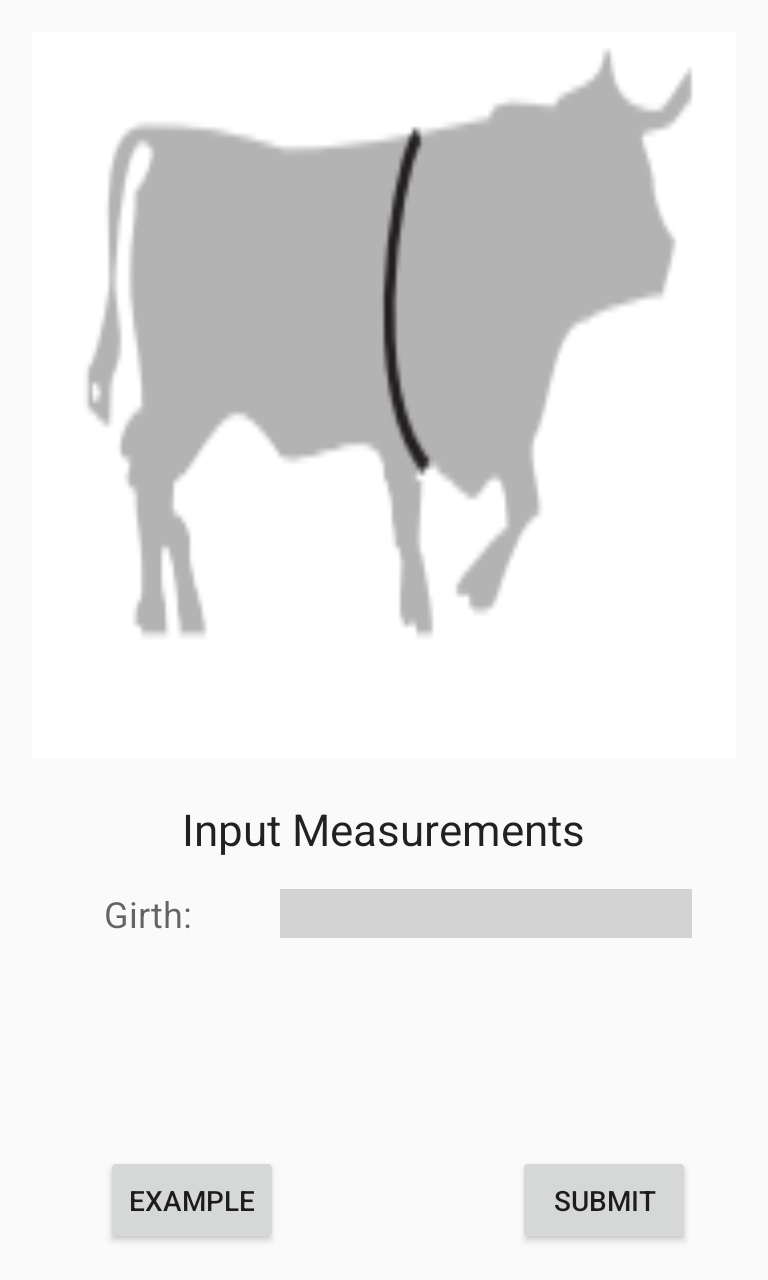
Repository: jdmielke/AnimalApp
Layout: AWEA/res/layout/activity_beefcow_measurement.xml
These files come from the project's save history. The layout is drawn as it stood at one moment and after the next save; the edit follows.
It is drawn on a 768 x 1280 px phone screen (xhdpi) without system bars, with theme AppTheme; the app's code is not run.

Above is the layout before, as saved 2014-11-12 19:42:24.

### AWEA/res/layout/activity_beefcow_measurement.xml
<?xml version="1.0" encoding="utf-8"?>
<RelativeLayout xmlns:android="http://schemas.android.com/apk/res/android"
    xmlns:tools="http://schemas.android.com/tools"
    android:layout_width="match_parent"
    android:layout_height="match_parent"
    android:clipChildren="false"
    android:clipToPadding="false"
    android:paddingBottom="@dimen/activity_vertical_margin"
    android:paddingLeft="@dimen/activity_horizontal_margin"
    android:paddingRight="@dimen/activity_horizontal_margin"
    android:paddingTop="@dimen/activity_vertical_margin"
    tools:context=".CowDairyMeasurementActivity" >

    <TextView
        android:id="@+id/textView1"
        android:layout_width="wrap_content"
        android:layout_height="wrap_content"
        android:layout_alignParentBottom="true"
        android:layout_centerHorizontal="true"
        android:layout_marginBottom="195dp"
        android:text="Input Measurements"
        android:textAppearance="?android:attr/textAppearanceLarge" />

    <TextView
        android:id="@+id/textView2"
        android:layout_width="wrap_content"
        android:layout_height="wrap_content"
        android:layout_alignParentLeft="true"
        android:layout_alignTop="@+id/textView1"
        android:layout_marginLeft="36dp"
        android:layout_marginTop="45dp"
        android:text="Girth:"
        android:textAppearance="?android:attr/textAppearanceMedium" />

    <Button
        android:id="@+id/button1"
        android:layout_width="wrap_content"
        android:layout_height="wrap_content"
        android:layout_alignParentBottom="true"
        android:layout_alignParentRight="true"
        android:layout_marginRight="22dp"
        android:text="Submit"
        android:onClick="goToMain"/>/>

    <Button
        android:id="@+id/goToMain"
        android:layout_width="wrap_content"
        android:layout_height="wrap_content"
        android:layout_alignBaseline="@+id/button1"
        android:layout_alignBottom="@+id/button1"
        android:layout_alignParentLeft="true"
        android:layout_marginLeft="36dp"
        android:text="Example"
        android:onClick="goToMain"/>

    <EditText
        android:id="@+id/editText1"
        android:layout_width="wrap_content"
        android:layout_height="wrap_content"
        android:layout_alignRight="@+id/button1"
        android:layout_alignTop="@+id/textView2"
        android:layout_toRightOf="@+id/goToMain"
        android:background="#d3d3d3"
        android:digits="1234567890"
        android:ems="10"
        android:inputType="number|phone"
        android:singleLine="true" />

    <ImageView
        android:id="@+id/imageView1"
        android:layout_width="wrap_content"
        android:layout_height="wrap_content"
        android:layout_above="@+id/textView1"
        android:layout_alignParentLeft="true"
        android:layout_alignParentRight="true"
        android:layout_alignParentTop="true"
        android:paddingBottom="20dp"
        android:scaleType="fitXY"
        android:src="@drawable/beefdiagram" />

</RelativeLayout>

Loaded but not shown: AWEA/res/values/styles.xml (common file); AWEA/res/values-v11/styles.xml (common file); AWEA/res/values-v14/styles.xml (common file); AWEA/res/values/dimens.xml (common file); AWEA/res/values-w820dp/dimens.xml (common file)

After the next save:
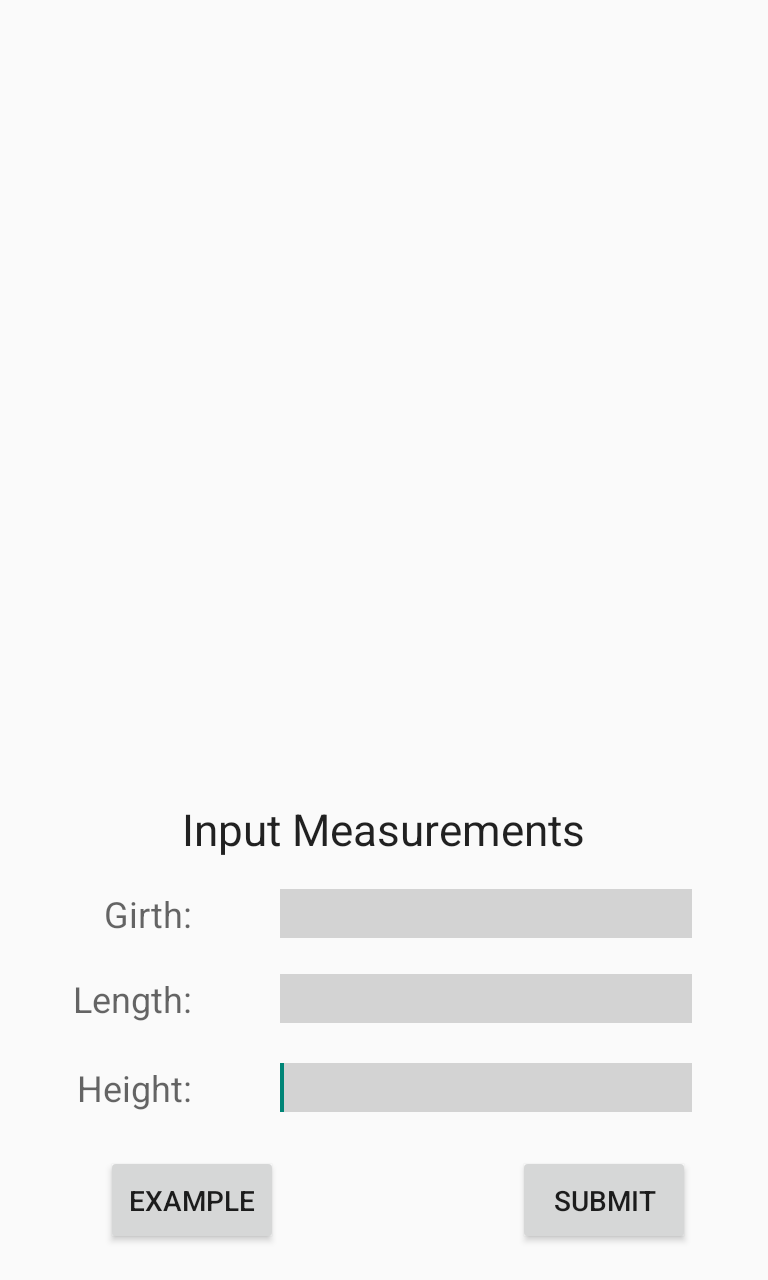
Saved 2 min 2 s later.
--- a/AWEA/res/layout/activity_beefcow_measurement.xml
+++ b/AWEA/res/layout/activity_beefcow_measurement.xml
@@ -9,7 +9,7 @@
     android:paddingLeft="@dimen/activity_horizontal_margin"
     android:paddingRight="@dimen/activity_horizontal_margin"
     android:paddingTop="@dimen/activity_vertical_margin"
-    tools:context=".CowDairyMeasurementActivity" >
+    tools:context=".GoatBeetalMeasurementActivity" >
 
     <TextView
         android:id="@+id/textView1"
@@ -30,6 +30,16 @@
         android:layout_marginLeft="36dp"
         android:layout_marginTop="45dp"
         android:text="Girth:"
+        android:textAppearance="?android:attr/textAppearanceMedium" />
+
+    <TextView
+        android:id="@+id/textView3"
+        android:layout_width="wrap_content"
+        android:layout_height="wrap_content"
+        android:layout_alignRight="@+id/textView2"
+        android:layout_below="@+id/textView2"
+        android:layout_marginTop="18dp"
+        android:text="Length:"
         android:textAppearance="?android:attr/textAppearanceMedium" />
 
     <Button
@@ -66,16 +76,44 @@
         android:inputType="number|phone"
         android:singleLine="true" />
 
-    <ImageView
-        android:id="@+id/imageView1"
+    <EditText
+        android:id="@+id/editText2"
         android:layout_width="wrap_content"
         android:layout_height="wrap_content"
-        android:layout_above="@+id/textView1"
-        android:layout_alignParentLeft="true"
-        android:layout_alignParentRight="true"
-        android:layout_alignParentTop="true"
-        android:paddingBottom="20dp"
-        android:scaleType="fitXY"
-        android:src="@drawable/beefdiagram" />
+        android:layout_alignLeft="@+id/editText1"
+        android:layout_alignRight="@+id/editText1"
+        android:layout_alignTop="@+id/textView3"
+        android:background="#d3d3d3"
+        android:digits="1234567890"
+        android:ems="10"
+        android:inputType="number|phone"
+        android:singleLine="true" />
+
+    <EditText
+        android:id="@+id/editText3"
+        android:layout_width="wrap_content"
+        android:layout_height="wrap_content"
+        android:layout_alignRight="@+id/button1"
+        android:layout_below="@+id/textView3"
+        android:layout_marginTop="20dp"
+        android:layout_toRightOf="@+id/goToMain"
+        android:background="#d3d3d3"
+        android:digits="1234567890"
+        android:ems="10"
+        android:inputType="number|phone"
+        android:singleLine="true" >
+
+        <requestFocus />
+    </EditText>
+
+    <TextView
+        android:id="@+id/textView4"
+        android:layout_width="wrap_content"
+        android:layout_height="wrap_content"
+        android:layout_alignBaseline="@+id/editText3"
+        android:layout_alignBottom="@+id/editText3"
+        android:layout_alignRight="@+id/textView3"
+        android:text="Height:"
+        android:textAppearance="?android:attr/textAppearanceMedium" />
 
 </RelativeLayout>

After the save that followed:
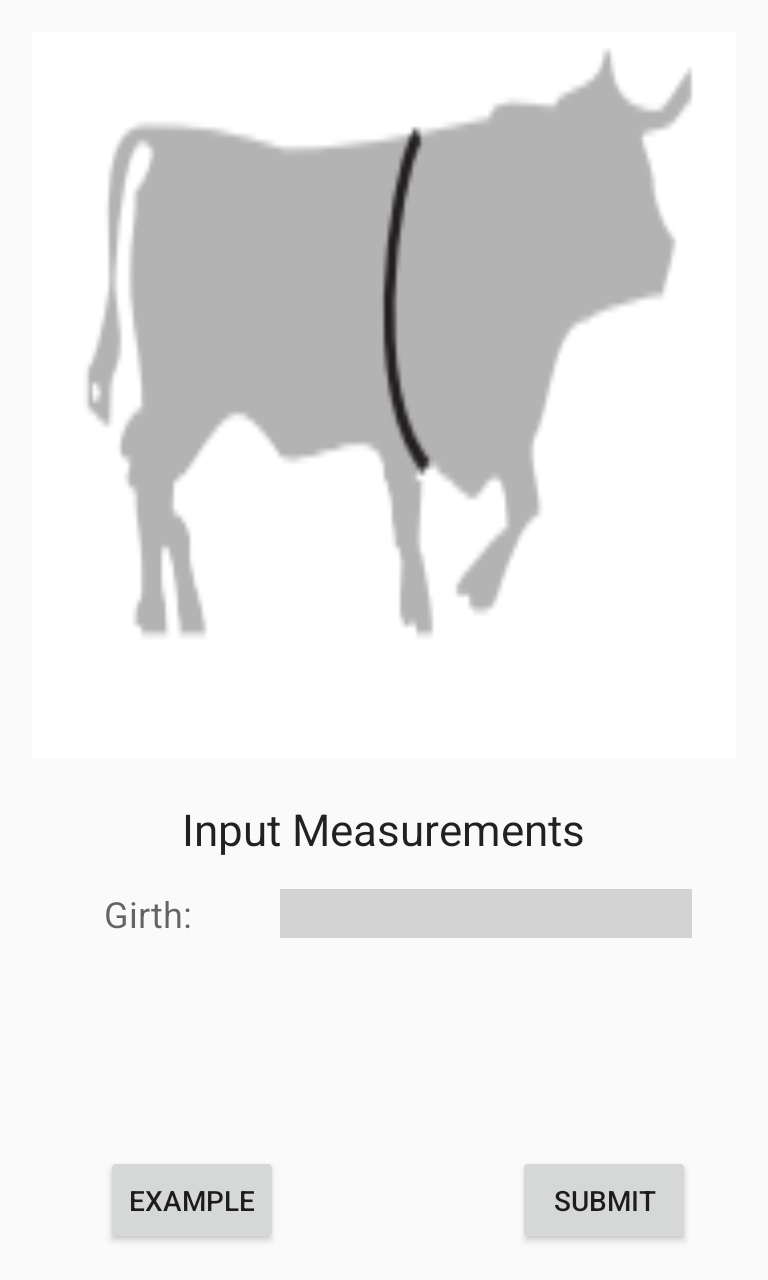
Saved 58 s later.
--- a/AWEA/res/layout/activity_beefcow_measurement.xml
+++ b/AWEA/res/layout/activity_beefcow_measurement.xml
@@ -9,7 +9,7 @@
     android:paddingLeft="@dimen/activity_horizontal_margin"
     android:paddingRight="@dimen/activity_horizontal_margin"
     android:paddingTop="@dimen/activity_vertical_margin"
-    tools:context=".GoatBeetalMeasurementActivity" >
+    tools:context=".CowBeefMeasurementActivity" >
 
     <TextView
         android:id="@+id/textView1"
@@ -30,16 +30,6 @@
         android:layout_marginLeft="36dp"
         android:layout_marginTop="45dp"
         android:text="Girth:"
-        android:textAppearance="?android:attr/textAppearanceMedium" />
-
-    <TextView
-        android:id="@+id/textView3"
-        android:layout_width="wrap_content"
-        android:layout_height="wrap_content"
-        android:layout_alignRight="@+id/textView2"
-        android:layout_below="@+id/textView2"
-        android:layout_marginTop="18dp"
-        android:text="Length:"
         android:textAppearance="?android:attr/textAppearanceMedium" />
 
     <Button
@@ -76,44 +66,16 @@
         android:inputType="number|phone"
         android:singleLine="true" />
 
-    <EditText
-        android:id="@+id/editText2"
+    <ImageView
+        android:id="@+id/imageView1"
         android:layout_width="wrap_content"
         android:layout_height="wrap_content"
-        android:layout_alignLeft="@+id/editText1"
-        android:layout_alignRight="@+id/editText1"
-        android:layout_alignTop="@+id/textView3"
-        android:background="#d3d3d3"
-        android:digits="1234567890"
-        android:ems="10"
-        android:inputType="number|phone"
-        android:singleLine="true" />
-
-    <EditText
-        android:id="@+id/editText3"
-        android:layout_width="wrap_content"
-        android:layout_height="wrap_content"
-        android:layout_alignRight="@+id/button1"
-        android:layout_below="@+id/textView3"
-        android:layout_marginTop="20dp"
-        android:layout_toRightOf="@+id/goToMain"
-        android:background="#d3d3d3"
-        android:digits="1234567890"
-        android:ems="10"
-        android:inputType="number|phone"
-        android:singleLine="true" >
-
-        <requestFocus />
-    </EditText>
-
-    <TextView
-        android:id="@+id/textView4"
-        android:layout_width="wrap_content"
-        android:layout_height="wrap_content"
-        android:layout_alignBaseline="@+id/editText3"
-        android:layout_alignBottom="@+id/editText3"
-        android:layout_alignRight="@+id/textView3"
-        android:text="Height:"
-        android:textAppearance="?android:attr/textAppearanceMedium" />
+        android:layout_above="@+id/textView1"
+        android:layout_alignParentLeft="true"
+        android:layout_alignParentRight="true"
+        android:layout_alignParentTop="true"
+        android:paddingBottom="20dp"
+        android:scaleType="fitXY"
+        android:src="@drawable/beefdiagram" />
 
 </RelativeLayout>
